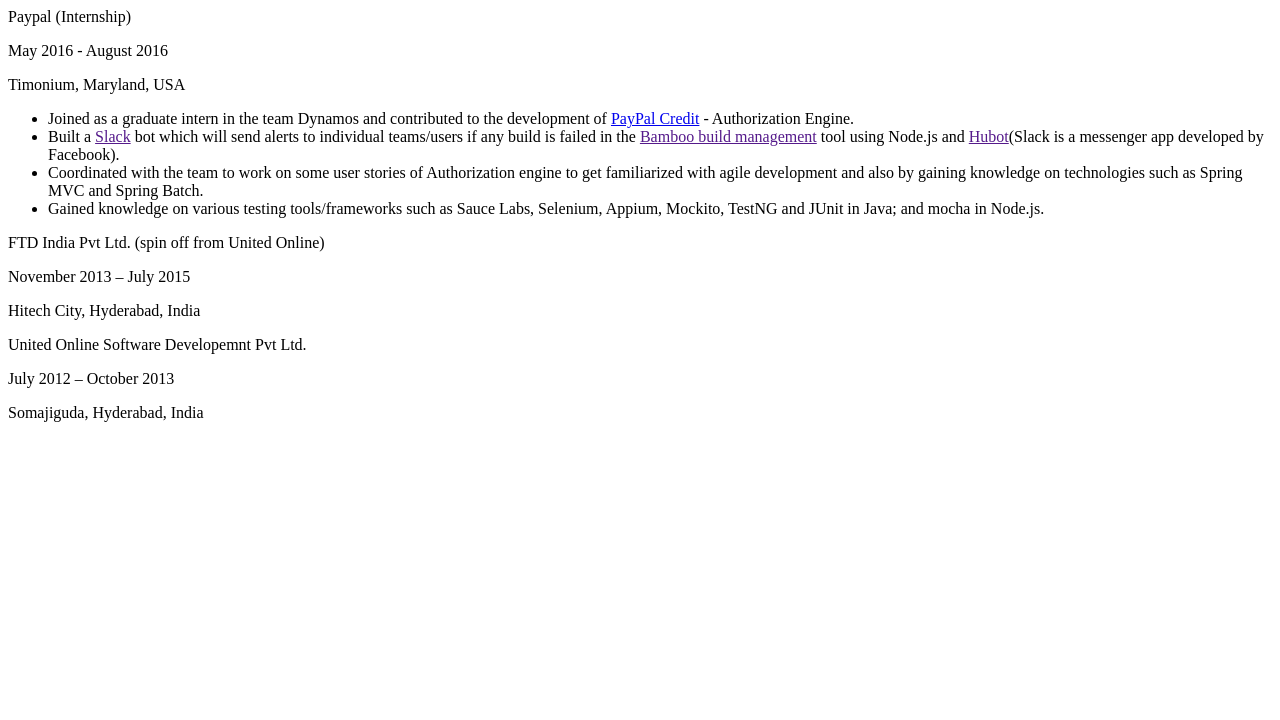
Repository: phanindrakannaji/Resume
Page: http://localhost/application/pages/experience.php
The author's editor kept a copy of each file at every save. The page is drawn from the files as they stood at one save, then again after the next save.
The browser window is 1280 px wide. The pictures show the whole page.
The page is run by PHP 8.4 with error messages shown; the project is at /var/www/html/.

Above is the page before, as saved 2016-09-25 16:42:24.
Console error: ReferenceError: $ is not defined

### Resume/application/pages/experience.php
<script type="text/javascript"
	src="../resources/scripts/refreshScript.js"></script>
<div class="divExperience customfont2">
	<div class="divExperienceHeading">
		<p class="expHeading expHeadingContent">Paypal (Internship)</p>
		<p class="expHeadingContent">May 2016 - August 2016</p>
		<p class="expHeadingContent divExperiencelocation ">Timonium,
			Maryland, USA</p>
	</div>
	<div class="divExperienceWork modal">
		<ul>
			<li>Joined as a graduate intern in the team Dynamos and contributed
				to the development of <a
				href="https://en.wikipedia.org/wiki/PayPal_Credit" target="blank">PayPal
					Credit</a> - Authorization Engine.
			</li>
			<li>Built a <a href="" target="blank">Slack</a> bot which will send
				alerts to individual teams/users if any build is failed in the <a
				href="" target="blank">Bamboo build management</a> tool using
				Node.js and <a href="" target="blank">Hubot</a>(Slack is a messenger
				app developed by Facebook).
			</li>
			<li>Coordinated with the team to work on some user stories of
				Authorization engine to get familiarized with agile development and
				also by gaining knowledge on technologies such as Spring MVC and
				Spring Batch.</li>
			<li>Gained knowledge on various testing tools/frameworks such as
				Sauce Labs, Selenium, Appium, Mockito, TestNG and JUnit in Java; and
				mocha in Node.js.</li>
		</ul>
	</div>
</div>

<div class="divExperience customfont2">
	<div class="divExperienceHeading">
		<p class="expHeading expHeadingContent">FTD India Pvt Ltd. (spin off
			from United Online)</p>
		<p class="expHeadingContent">November 2013 – July 2015</p>
		<p class=" expHeadingContent divExperiencelocation ">Hitech City,
			Hyderabad, India</p>
	</div>
	<div class="divExperienceWork modal" style="display: none;">
		<ul>
			<li>Worked on “DeliverIt Integration” project which includes creating
				a scheduler job which will send requests and handle responses from a
				third party REST based web service.</li>
			<li>Participated in the migration of 10 different applications from
				Oracle WebLogic server to JBoss Application server (JBoss AS 7.2).</li>
			<li>Worked on “OnlineIDD Integration” project which includes creating
				a scheduler job which includes connecting to a SFTP server and
				processing the XML files as requests to a REST Based web services.</li>
			<li>Designed and implemented a new order flow (QOP–Quick Order
				Processing) for the RoseGold e-commerce customer care web
				application.</li>
		</ul>
	</div>
</div>

<div class="divExperience customfont2">
	<div class="divExperienceHeading">
		<p class="expHeading expHeadingContent">United Online Software Developemnt Pvt Ltd.</p>
		<p class="expHeadingContent">July 2012 – October 2013</p>
		<p class="expHeadingContent divExperiencelocation ">Somajiguda,
			Hyderabad, India</p>
	</div>
	<div class="divExperienceWork modal" style="display: none;">
		<ul>
			<li>Worked on Oracle Application Express (APEX 4.3), an Oracle app
				which involves creating functionality based web pages for CRUD
				operations on all the data in Oracle 12g database.</li>
			<li>Trained on RoseGold web application which includes server side
				technologies such as WebLogic, Apachetomcat, WebCache, Java
				frameworks such as Struts2, Spring3 and IBatis; and programming
				languages such as PL/SQL, Perl and Java.</li>
			<li>Developed an entire application (CAMS–Centralized Account
				Management System) which includes maintaining and supplying all
				customer related data through RestEasy web services to multiple
				websites. Worked on configuring the application in JBoss AS 7.2 and
				integrating with MySQL database.</li>
			<li>Created a new feature - Customer Subscriptions (Interflora Gold)
				which includes creating SOAP basedweb service for request and
				response processing of the CRUD operations of customer‘s
				subscription details.</li>
			<li>Contributed to the project “Single Customer View” - displaying
				the customer related information inindividual parts of the page
				using AJAX requests (for each part) and parsing the JSON response
				from CAMS.</li>
		</ul>
	</div>
</div>
<script type="text/javascript" src="../resources/scripts/experience.js"></script>

### Resume/resources/scripts/refreshScript.js
$(document).ready(function(){
	$("#commandInput").keypress(function(e){
		keypressInBox(e);
	});
	$("#commandInput").focus();
})

### Resume/resources/scripts/experience.js
$(document).ready(function(){
	$('.divExperienceHeading').click(function(){
		$(this).parent().children().last().slideToggle("slow");
	});
});

After the next save:
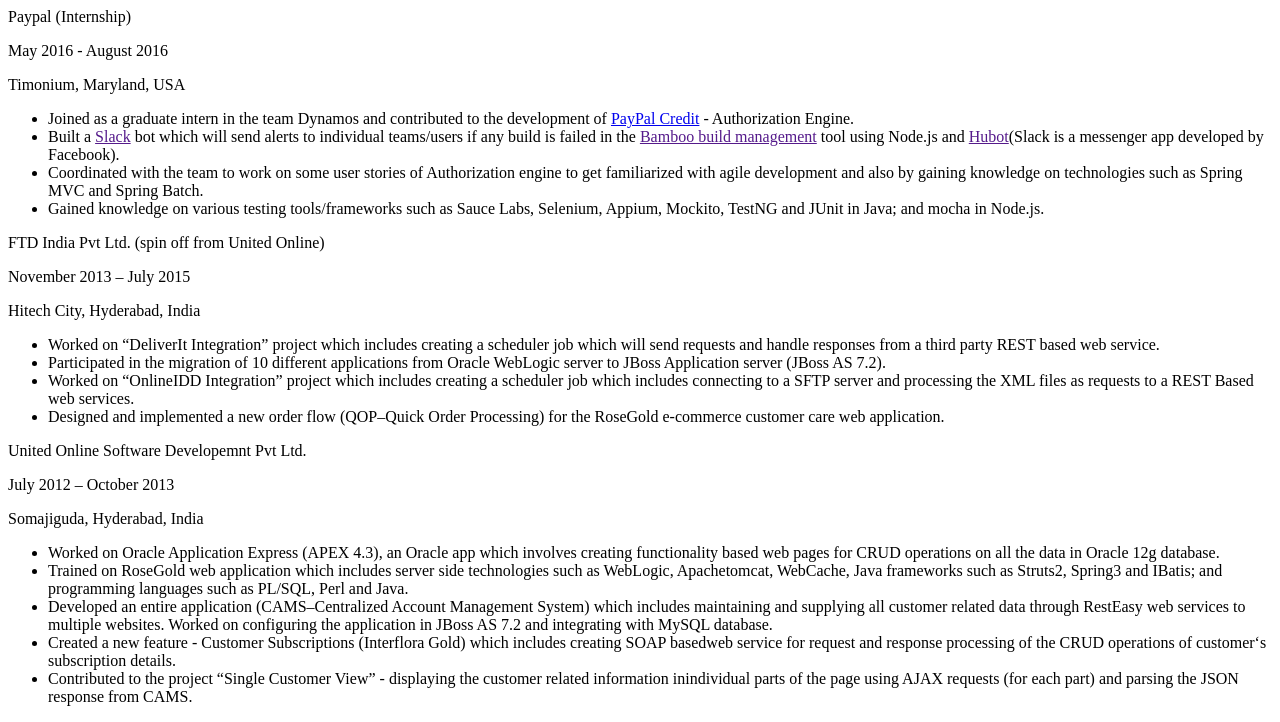
Saved 14 s later.
--- a/Resume/application/pages/experience.php
+++ b/Resume/application/pages/experience.php
@@ -39,7 +39,7 @@
 		<p class=" expHeadingContent divExperiencelocation ">Hitech City,
 			Hyderabad, India</p>
 	</div>
-	<div class="divExperienceWork modal" style="display: none;">
+	<div class="divExperienceWork modal">
 		<ul>
 			<li>Worked on “DeliverIt Integration” project which includes creating
 				a scheduler job which will send requests and handle responses from a
@@ -63,7 +63,7 @@
 		<p class="expHeadingContent divExperiencelocation ">Somajiguda,
 			Hyderabad, India</p>
 	</div>
-	<div class="divExperienceWork modal" style="display: none;">
+	<div class="divExperienceWork modal">
 		<ul>
 			<li>Worked on Oracle Application Express (APEX 4.3), an Oracle app
 				which involves creating functionality based web pages for CRUD
